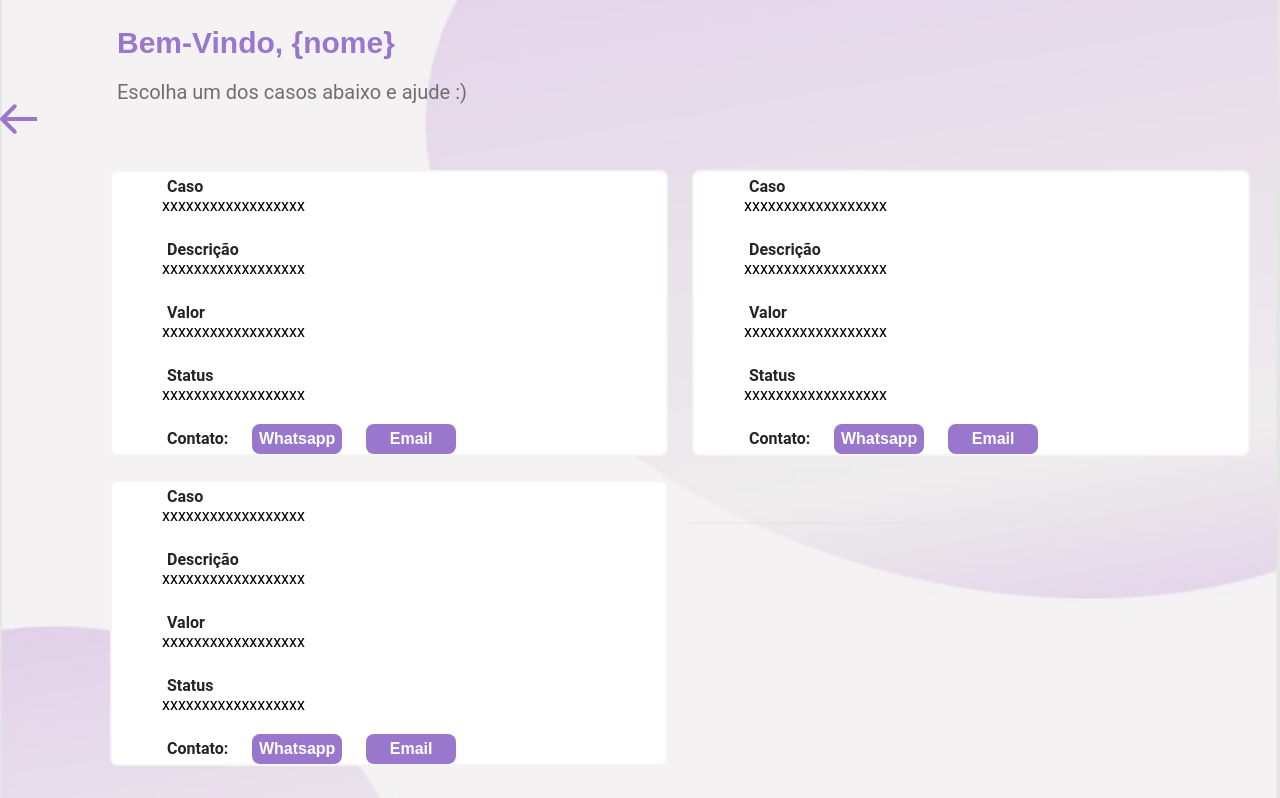
Repository: Dirlandia404/Casos
Page: src/pages/casosConcluidos.html
These files come from the project's save history. The page is drawn as it stood at one moment and after the next save; the edit follows.
The browser window is 1280 px wide. The pictures show the whole page.

Above is the page before, as saved 2021-07-19 20:09:02.

After the next save:
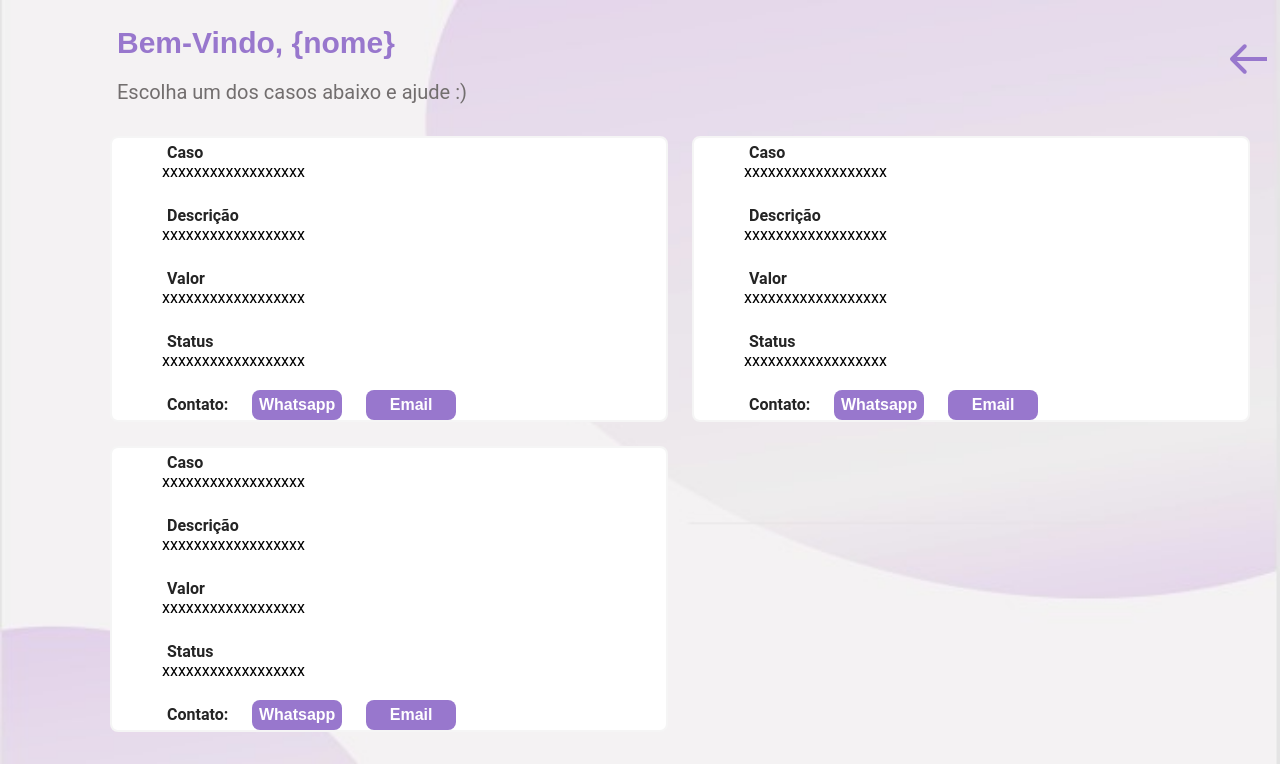
Saved 10 s later.
--- a/src/pages/casosConcluidos.html
+++ b/src/pages/casosConcluidos.html
@@ -15,10 +15,10 @@
 
         <p>Escolha um dos casos abaixo e ajude :)</p>
 
+        <a href="/src/pages/casosConcluidos.html">
+           <img src="/public/Arrow 1.svg" alt="Voltar">
+        </a>
     </header>
-    <a href="/src/pages/casosConcluidos.html">
-       <img src="/public/Arrow 1.svg" alt="Voltar">
-    </a>
 
        <div id="box-casos">
            <ul>
